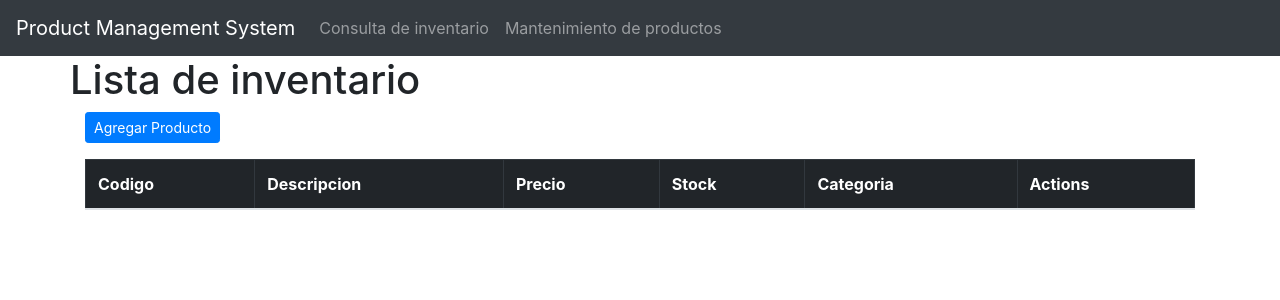
Repository: cartulina68/LP2_Examen2_Rosas
Page: http://localhost/inventario/index
An editor plug-in stored every save of this project. The page is shown before and after the next save, followed by the edit.
The browser window is 1280 px wide. The pictures show the whole page.
The page is this project's Thymeleaf template; nobody is signed in. The template is opened directly, without the code that normally fills it, so the values that code supplies are empty.

Above is the page before, as saved 2024-10-12 02:52:48.

After the next save:
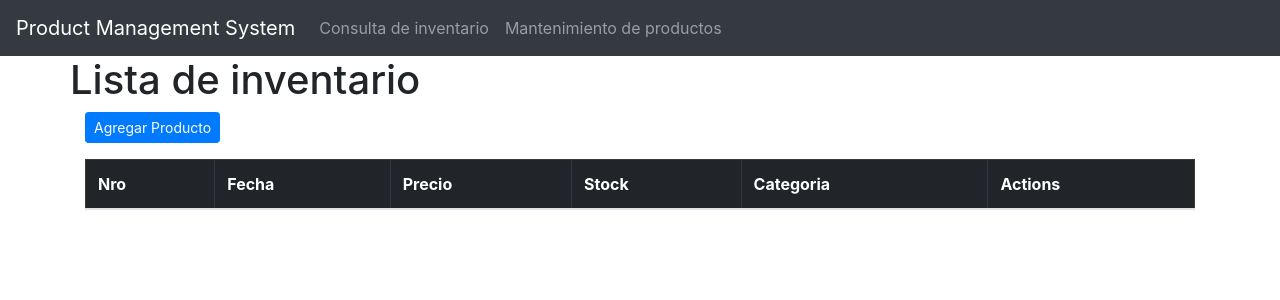
Saved 41 s later.
--- a/Spring/BD_T2_Inventario/src/main/resources/templates/inventario/index.html
+++ b/Spring/BD_T2_Inventario/src/main/resources/templates/inventario/index.html
@@ -46,8 +46,8 @@
             <table class="table table-striped table-bordered">
                 <thead class="table-dark">
                     <tr>
-                        <th>Codigo</th>
-                        <th>Descripcion</th>
+                        <th>Nro</th>
+                        <th>Fecha</th>
                         <th>Precio</th>
                         <th>Stock</th>
                         <th>Categoria</th>
